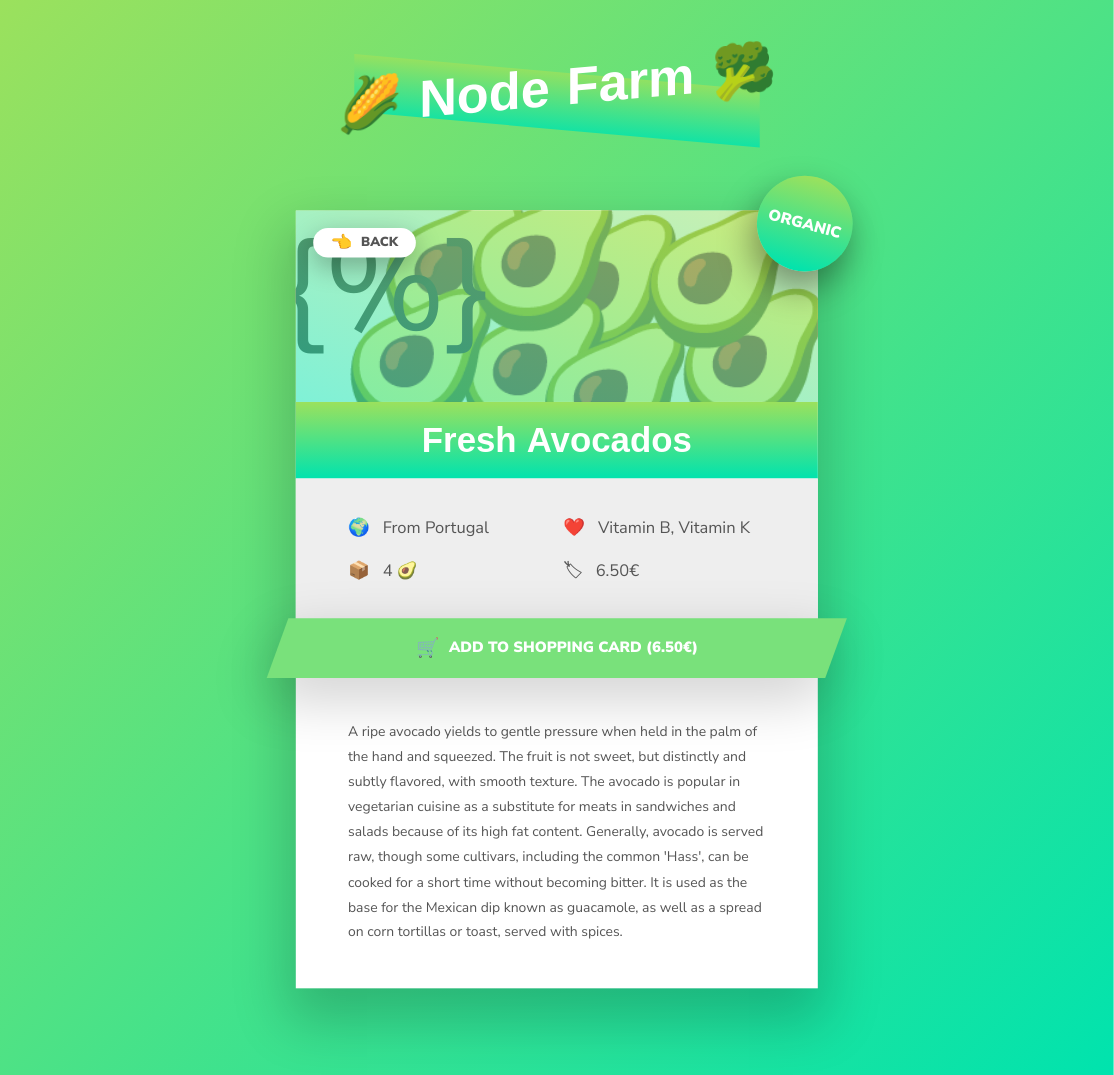
Repository: 13-Joban/Node_Farm_Backend
Page: templates/product.html
An editor plug-in stored every save of this project. The page is shown before and after a run of saves, followed by the edit.
The browser window is 1280 px wide. The pictures show the whole page, at 87% of full size.
Some web fonts or font styles are not loaded; a fallback is used.

Above is the page before, as saved 2022-07-16 16:57:01.

### templates/product.html
<!DOCTYPE html>
<html lang="en">
  <head>
    <meta charset="UTF-8" />
    <meta name="viewport" content="width=device-width, initial-scale=1.0" />
    <meta http-equiv="X-UA-Compatible" content="ie=edge" />
    <link
      href="https://fonts.googleapis.com/css?family=Megrim|Nunito+Sans:400,900"
      rel="stylesheet"
    />
    <link
      rel="icon"
      href="https://emojipedia-us.s3.dualstack.us-west-1.amazonaws.com/thumbs/240/apple/155/ear-of-maize_1f33d.png"
    />

    <title>Fresh Avocados 🥑 /// NODE FARM</title>

    <style>
      *,
      *::before,
      *::after {
        margin: 0;
        padding: 0;
        box-sizing: inherit;
      }

      html {
        font-size: 62.5%;
        box-sizing: border-box;
      }

      body {
        padding: 5rem 5rem 10rem;
        line-height: 1.7;
        font-family: 'Nunito Sans', sans-serif;
        color: #555;
        min-height: 100vh;
        background: linear-gradient(to bottom right, #9be15d, #00e3ae);
      }

      h1 {
        font-family: 'Megrim', sans-serif;
        font-size: 6rem;
        color: white;
        transform: skewY(-5deg);
        text-align: center;
        position: relative;
        word-spacing: 3px;
      }

      h1::before {
        content: '';
        display: block;
        height: 65%;
        width: 49%;
        position: absolute;
        top: 105%;
        left: 50%;
        background: linear-gradient(to bottom, #9be15d, #00e3ae);
        opacity: 0.8;
        z-index: -1;
        transform: skewY(370deg) translate(-50%, -50%);
      }

      .container {
        width: 95rem;
        margin: 0 auto;
      }

      .product {
        width: 60rem;
        margin: 0 auto;
        margin-top: 9rem;
        background: white;
        box-shadow: 0 3rem 6rem 1rem rgba(0, 0, 0, 0.2);
        position: relative;
      }

      .product__hero {
        position: relative;
        height: 22rem;
        overflow: hidden;
      }

      .product__hero::before {
        content: '';
        display: block;
        height: 100%;
        width: 100%;
        position: absolute;
        top: 0;
        left: 0;
        background-image: linear-gradient(to left bottom, #9be15d, #00e3ae);
        opacity: 0.5;
        z-index: 100;
      }

      .product__emoji {
        font-size: 15rem;
        position: absolute;
      }

      .product__emoji--1 {
        top: -4rem;
        left: -2rem;
        z-index: 10;
      }

      .product__emoji--2 {
        top: -6rem;
        left: 9rem;
      }

      .product__emoji--3 {
        top: -4rem;
        right: 15rem;
      }

      .product__emoji--4 {
        top: -5rem;
        right: 2rem;
        z-index: 10;
      }

      .product__emoji--5 {
        bottom: -9rem;
        left: 18rem;
      }

      .product__emoji--6 {
        bottom: -8rem;
        left: 5rem;
      }

      .product__emoji--7 {
        bottom: -12rem;
        right: 14rem;
      }

      .product__emoji--8 {
        bottom: -8rem;
        right: -2rem;
      }

      .product__emoji--9 {
        top: -7rem;
        left: 19rem;
      }

      .product__organic {
        position: absolute;
        top: -4rem;
        right: -4rem;
        z-index: 1000;
        height: 11rem;
        width: 11rem;
        background-image: linear-gradient(to bottom, #9be15d, #00e3ae);
        border-radius: 50%;
        transform: rotate(15deg);
        box-shadow: 0 2rem 4rem rgba(0, 0, 0, 0.4);
        display: flex;
        align-items: center;
        justify-content: center;
      }

      .product__organic h5 {
        font-weight: 900;
        text-transform: uppercase;
        font-size: 1.8rem;
        color: white;
      }

      .product__back:link,
      .product__back:visited {
        position: absolute;
        top: 2rem;
        left: 2rem;
        font-size: 1.5rem;
        font-weight: 700;
        text-transform: uppercase;
        text-decoration: none;
        z-index: 1000;
        color: #555;
        background-color: white;
        box-shadow: 0 1rem 3rem rgba(0, 0, 0, 0.3);
        border-radius: 100rem;
        padding: 0 2rem;
        transition: all 0.3s;
        display: flex;
        align-items: center;
      }

      .product__back:hover,
      .product__back:active {
        background-color: #79e17b;
      }

      .product__name {
        background: linear-gradient(to bottom, #9be15d, #00e3ae);
        padding: 1rem;
        font-family: 'Megrim', sans-serif;
        font-size: 4rem;
        color: white;
        text-align: center;
        word-spacing: 2px;
      }

      .product__details {
        background-color: #eee;
        padding: 4rem 6rem;
        font-size: 1.9rem;
        display: grid;
        grid-template-columns: 1fr 1fr;
        grid-gap: 1.5rem;
      }

      .product__description {
        padding: 5rem 6rem;
        font-size: 1.6rem;
        line-height: 1.8;
      }

      .product__link:link,
      .product__link:visited {
        display: block;
        background-color: #79e17b;
        color: white;
        font-size: 1.6rem;
        font-weight: 700;
        text-transform: uppercase;
        text-decoration: none;
        padding: 1.5rem;
        text-align: center;
        transform: scale(1.07) skewX(-20deg);
        box-shadow: 0 2rem 6rem rgba(0, 0, 0, 0.2);
        display: flex;
        align-items: center;
        justify-content: center;
        transition: all 0.3s;
      }

      .product__link:hover,
      .product__link:active {
        background-color: #9be15d;
        transform: scale(1.1) skewX(-20deg);
      }

      .product__link span {
        transform: skewX(20deg);
      }

      .emoji-left {
        font-size: 2rem;
        margin-right: 1rem;
      }

      .emoji-right {
        font-size: 2rem;
        margin-left: 1rem;
      }

      .not-organic {
        display: none;
      }
    </style>
  </head>

  <body>
    <div class="container">
      <h1>🌽 Node Farm 🥦</h1>

      <figure class="product">
        <div class="product__organic"><h5>Organic</h5></div>
        <a href="#" class="product__back">
          <span class="emoji-left">👈</span>Back
        </a>
        <div class="product__hero">
          <span class="product__emoji product__emoji--1">{%}</span>
          <span class="product__emoji product__emoji--2">🥑</span>
          <span class="product__emoji product__emoji--3">🥑</span>
          <span class="product__emoji product__emoji--4">🥑</span>
          <span class="product__emoji product__emoji--5">🥑</span>
          <span class="product__emoji product__emoji--6">🥑</span>
          <span class="product__emoji product__emoji--7">🥑</span>
          <span class="product__emoji product__emoji--8">🥑</span>
          <span class="product__emoji product__emoji--9">🥑</span>
        </div>
        <h2 class="product__name">Fresh Avocados</h2>
        <div class="product__details">
          <p><span class="emoji-left">🌍</span> From Portugal</p>
          <p><span class="emoji-left">❤️</span> Vitamin B, Vitamin K</p>
          <p><span class="emoji-left">📦</span> 4 🥑</p>
          <p><span class="emoji-left">🏷</span> 6.50€</p>
        </div>

        <a href="#" class="product__link">
          <span class="emoji-left">🛒</span>
          <span>Add to shopping card (6.50€)</span>
        </a>

        <p class="product__description">
          A ripe avocado yields to gentle pressure when held in the palm of the
          hand and squeezed. The fruit is not sweet, but distinctly and subtly
          flavored, with smooth texture. The avocado is popular in vegetarian
          cuisine as a substitute for meats in sandwiches and salads because of
          its high fat content. Generally, avocado is served raw, though some
          cultivars, including the common 'Hass', can be cooked for a short time
          without becoming bitter. It is used as the base for the Mexican dip
          known as guacamole, as well as a spread on corn tortillas or toast,
          served with spices.
        </p>
      </figure>

    </div>
  </body>
</html>

After the next 3 saves:
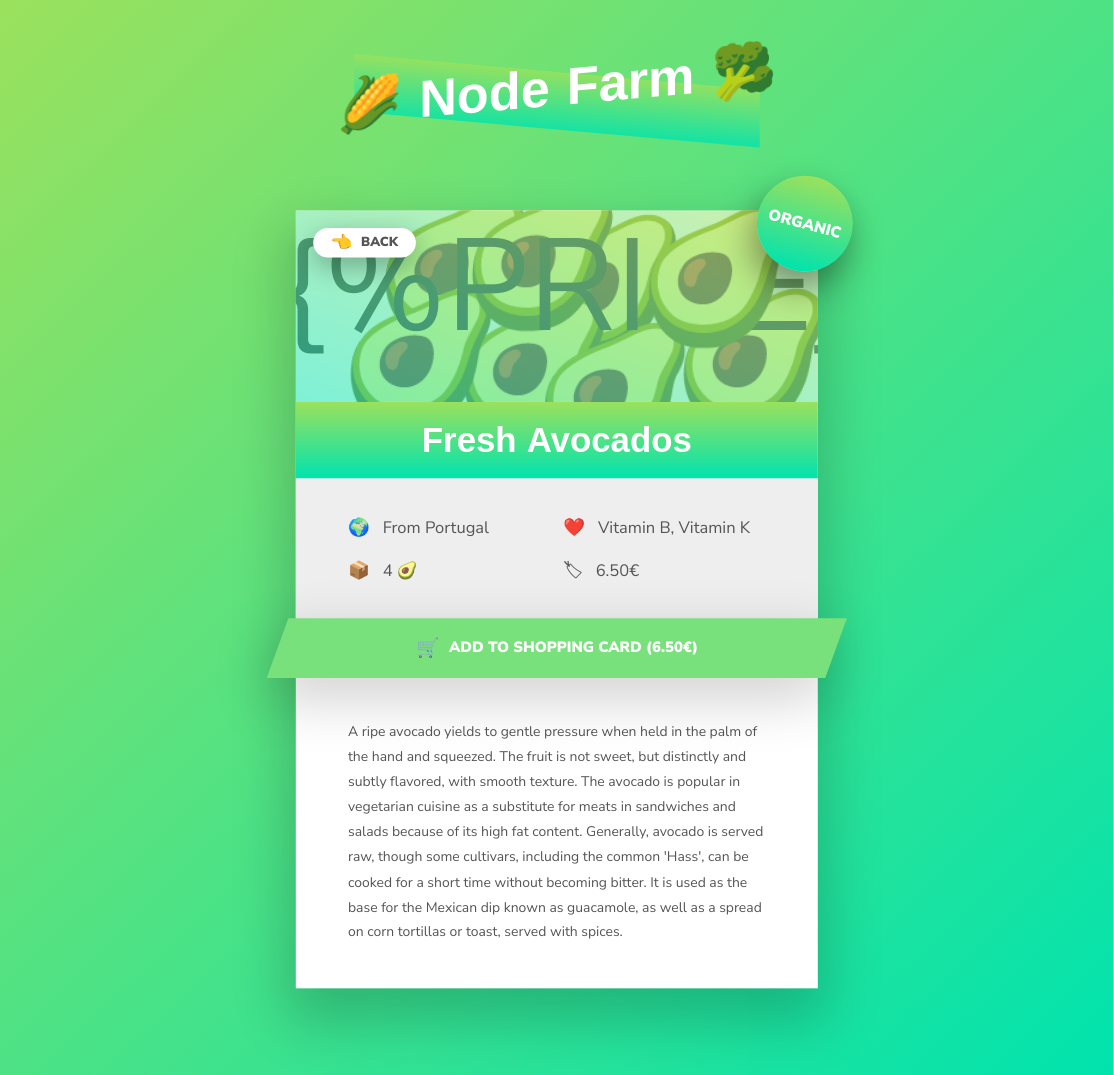
The 3 saves are shown as one change because they came seconds apart.
The last was saved 7 s later.
--- a/templates/product.html
+++ b/templates/product.html
@@ -275,7 +275,7 @@
           <span class="emoji-left">👈</span>Back
         </a>
         <div class="product__hero">
-          <span class="product__emoji product__emoji--1">{%}</span>
+          <span class="product__emoji product__emoji--1">{%PRICE}</span>
           <span class="product__emoji product__emoji--2">🥑</span>
           <span class="product__emoji product__emoji--3">🥑</span>
           <span class="product__emoji product__emoji--4">🥑</span>
